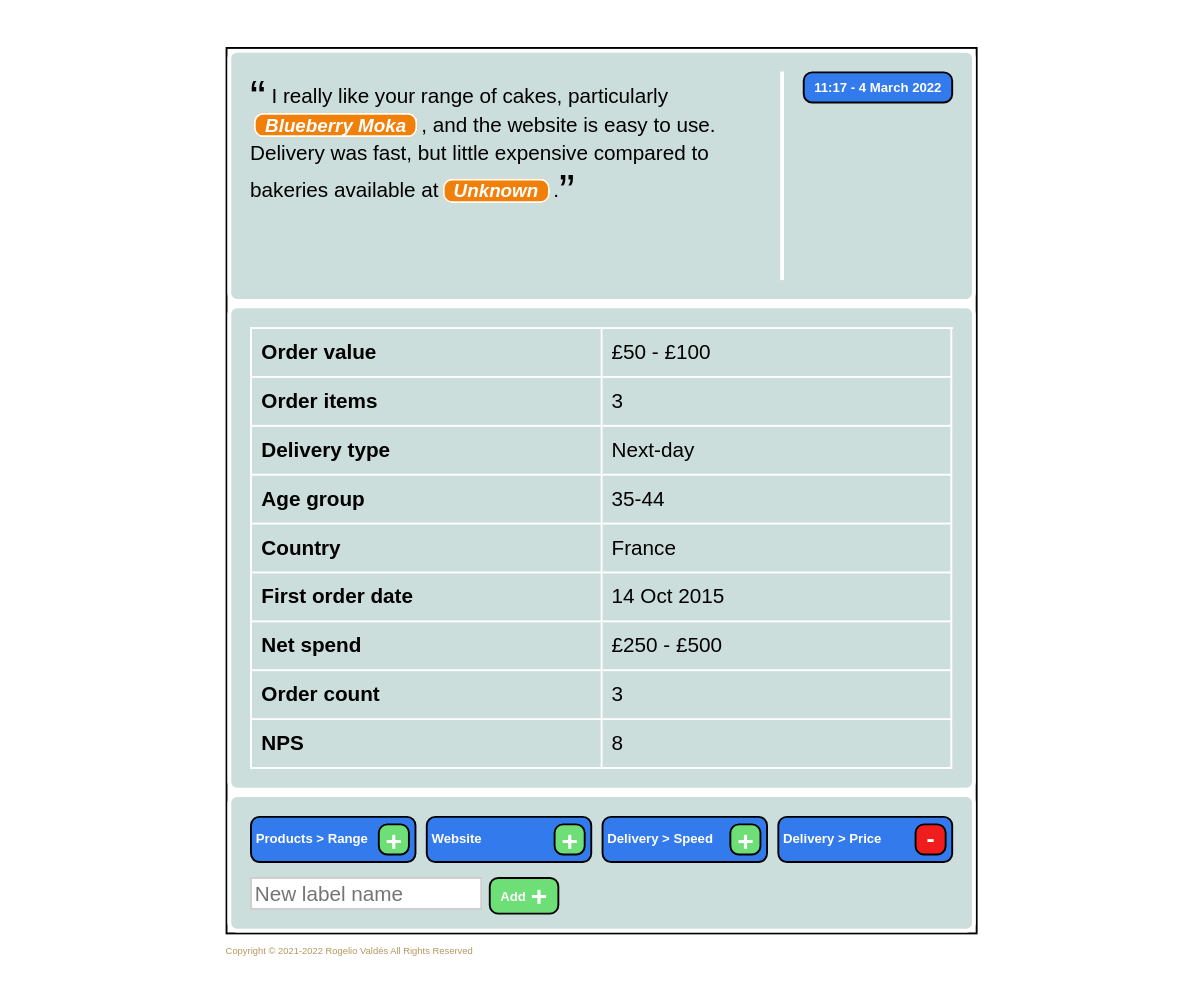
Repository: roge64/htmlfrontend
Page: admin.html
An editor plug-in stored every save of this project. The page is shown before and after the next save, followed by the edit.
The browser window is 1280 px wide. The pictures show the whole page, at 94% of full size.

Above is the page before, as saved 2022-03-04 17:37:01.

### admin.html
<!DOCTYPE html>
<html lang="en">

<head>
	<meta charset="UTF-8">
	<meta name="viewport" content="width=device-width, initial-scale=1.0">
	<meta http-equiv="X-UA-Compatible" content="ie=edge">
	<title>Example Comment</title>
	<link rel="stylesheet" href="https://cdnjs.cloudflare.com/ajax/libs/normalize/8.0.1/normalize.min.css">
	<link rel="stylesheet" href="estilos/adminstyle.css">
</head>

<body>
	<div class="container">
	<div class="comment-card">
		<div class="card-content">
			<div class="comment-text-container">
				<div class="comment-content">
					<span class="comment-text">
            I really like your range of cakes, particularly <span class="entity brand">Blueberry Moka</span>, and the website is easy to use. Delivery was fast, but little expensive compared to bakeries available at<span class="entity country">Unknown</span>.</span>
            <span class="comment-timestamp">11:17 - 4 March 2022</span>
				</div>
			</div>
			<ul class="comment-properties">
        <dl>
            <dt>Order value</dt><dd>£50 - £100</dd>
            <dt>Order items</dt><dd>3</dd>
            <dt>Delivery type</dt><dd>Next-day</dd>
            <dt>Age group</dt><dd>35-44</dd>
            <dt>Country</dt><dd>France</dd>
            <dt>First order date</dt><dd>14 Oct 2015</dd>
            <dt>Net spend</dt><dd>£250 - £500</dd>
            <dt>Order count</dt><dd>3</dd>
            <dt>NPS</dt><dd>8</dd>
          </dl>
      </ul>
			<div class="labels">
        <!-- Clicking these buttons would remove the label in the webapp, but that isn't implemented here -->
          <button class="label positive">Products > Range</button>
          <button class="label positive">Website</button>
          <button class="label positive">Delivery > Speed</button>
          <button class="label negative">Delivery > Price</button>
        <!-- Entering a new label name here would add it to the list, but that isn't implemented -->
          <form class="add-label">
            <input type="text" class="add-label-input" placeholder="New label name" />
            <button type="submit" class="add-label-button">Add</button>
          </form>
        </div>
    </div>
  </div>
  <footer>
    <p style="color:#b49760"> Copyright &copy; 2021-<script>document.write(new Date().getFullYear())</script> Rogelio Valdés All Rights Reserved</p>
    <article id="footer1"></article>
</footer>
</body>

</html>

### estilos/adminstyle.css
html {
    font: normal 62.5%/1.6rem Arial, Helvetica, sans-serif;
    /*Will now use REMs as font-size unit. 1rem = 16px as a root value, so 62.5% of this equates 10px to 62.5%*/
    /*I am using REMS, as pixels do not scale proportionally when zoomed in or out*/
  }
  dl {
    border-left: 0.2rem #fff solid;
    border-top: 0.2rem #fff solid;
  }
  dt {
    font-weight: 900; /*bold*/
  }
  /*Shared Properties*/
  dt,
  dd {
    border-right: 0.2rem #fff solid;
    border-bottom: 0.2rem #fff solid;
    flex-direction: column;
    float: left;
    justify-content: center;
    padding: 1rem;
    width: 47%;
  }
  dl,
  dt,
  dd {
    margin: 0;
  }
  .container {
    margin: 5rem auto;
    max-width: 80rem;
  }
  .comment-content,
  .comment-properties,
  .labels {
    background: #ccdedc;
    border: 0.4rem #fff solid;
    display: flex;
    font-size: 2.2rem; /*22px*/
    line-height: 3rem;
    padding: 2rem;
  }
  .comment-text {
    border-right: 0.4rem #fff solid;
    height: 22rem;
    min-height: 18rem;
    overflow-wrap: break-word;
    overflow: scroll;
    overflow-y: scroll;
    padding: 0.2rem 1rem 0 0;
    width: 76%;
  }
  .comment-text::before {
    content: open-quote;
  }
  .comment-text::after {
    content: close-quote;
  }
  .comment-text::before,
  .comment-text::after {
    font-size: 5rem;
    position: relative;
    top: 1rem;
  }
  .comment-timestamp {
    background: #337aec;
    color: #fff;
    flex-direction: column;
    font-weight: 900;
    font-size: 1.4rem;
    height: 3rem;
    justify-content: center;
    margin-left: 2rem;
    text-align: center;
    width: 14rem;
  }
  .comment-card,
  .comment-timestamp {
    border: 0.2rem #000 solid;
  }
  .entity {
    background: #f1800a;
    border: 0.2rem #fff solid;
    color: #fff;
    font: italic 900 2rem/1.6rem Arial, Helvetica, sans-serif;
    margin: 0 0.4rem;
  }
  .comment-timestamp,
  .entity {
    padding: 0 1rem;
  }
  button,
  .comment-content,
  .entity,
  .comment-timestamp,
  .comment-properties,
  .labels,
  .add-label-button:after,
  .positive::after,
  .negative::after {
    border-radius: 1rem;
  }
  .comment-properties {
    margin: 0.2rem 0;
  }
  .labels {
    height: 10rem;
    display: grid;
    grid-template-columns: repeat(4, 25%);
    grid-template-rows: repeat(2, min-content);
    grid-row-gap: 1rem;
  }
  .labels > button {
    height: 5rem;
  }
  .labels > button:last-of-type {
    margin-right: 0;
  }
  button {
    background: #337aec;
    border: 0.2rem #000 solid;
    color: #fff;
    cursor: pointer;
    display: inline-block;
    font-size: 1.4rem;
    font-weight: 900;
    margin-right: 1rem;
    padding: 1.4rem 0.4rem;
    text-align: left;
  }
  button:hover,
  button:active,
  button:focus {
    color: #fff;
    border: 0.2rem #fff solid;
  }
  .add-label-button {
    height: 4rem;
    padding: 1rem 0.4rem 1rem 1rem;
  }
  .add-label-button:after,
  .positive::after {
    content: "+";
    font-size: 3rem;
  }
  .add-label-button,
  .positive::after {
    background: #6ddf76;
  }
  .negative::after {
    background: #f01d1d;
    content: "-";
    font-size: 2.6rem;
  }
  .add-label-button:after,
  .positive::after,
  .negative::after {
    float: right;
    height: 3rem;
    position: relative;
    right: 0.1rem;
    text-align: center;
    top: -0.8rem;
    width: 3rem;
  }
  .positive::after,
  .negative::after {
    border: 0.2rem #000 solid;
  }
  .positive:hover::after,
  .positive:focus::after {
    background: #92dc98;
  }
  .negative:hover::after,
  .negative:focus::after {
    background: #ef5d5d;
  }
  .positive:hover::after,
  .positive:focus::after,
  .negative:hover::after,
  .negative:focus::after {
    border: 0.2rem #fff solid;
  }
  .add-label {
    grid-column: 1 / -1;
    grid-row: 2;
  }
  .add-label input,
  .add-label button {
    display: inline-block;
  }
  input[type="text"] {
    border: 0.2rem #ccc solid;
    margin: 0.5rem 0.1rem 0.3rem 0;
    min-width: 24rem;
    padding: 0.3rem 0 0.3rem 0.3rem;
    width: 24rem;
  }
  input[type="text"]:focus,
  input[type="text"]:hover {
    border: 0.2rem #f1800a solid;
    box-shadow: 0 0 0.5rem 0.1rem #f1800a;
  }
  button,
  input {
    outline: none;
  }

After the next save:
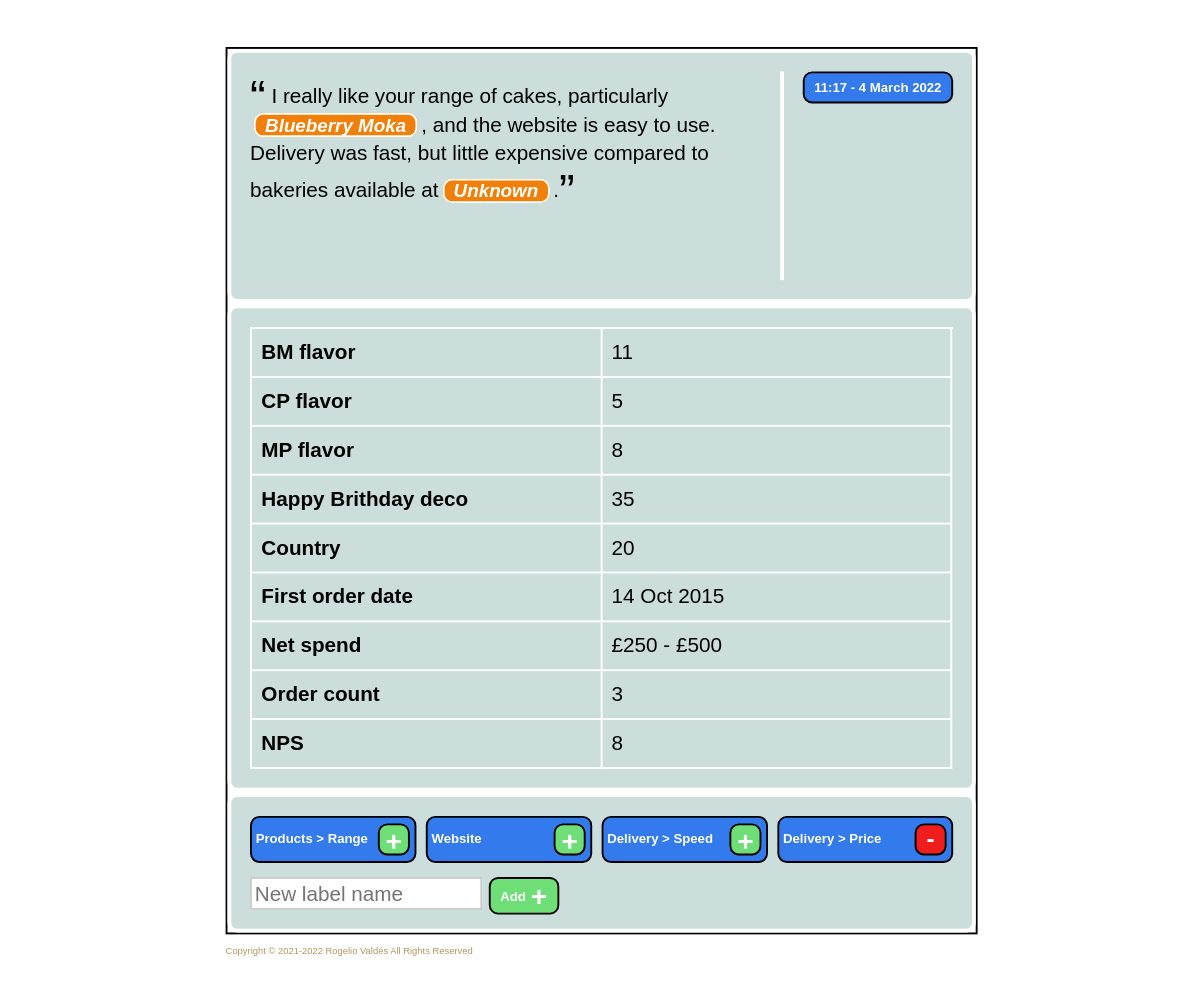
Saved 11 min 16 s later.
--- a/admin.html
+++ b/admin.html
@@ -23,11 +23,11 @@
 			</div>
 			<ul class="comment-properties">
         <dl>
-            <dt>Order value</dt><dd>£50 - £100</dd>
-            <dt>Order items</dt><dd>3</dd>
-            <dt>Delivery type</dt><dd>Next-day</dd>
-            <dt>Age group</dt><dd>35-44</dd>
-            <dt>Country</dt><dd>France</dd>
+            <dt>BM flavor</dt><dd>11</dd>
+            <dt>CP flavor</dt><dd>5</dd>
+            <dt>MP flavor</dt><dd>8</dd>
+            <dt>Happy Brithday deco</dt><dd>35</dd>
+            <dt>Country</dt><dd>20</dd>
             <dt>First order date</dt><dd>14 Oct 2015</dd>
             <dt>Net spend</dt><dd>£250 - £500</dd>
             <dt>Order count</dt><dd>3</dd>
